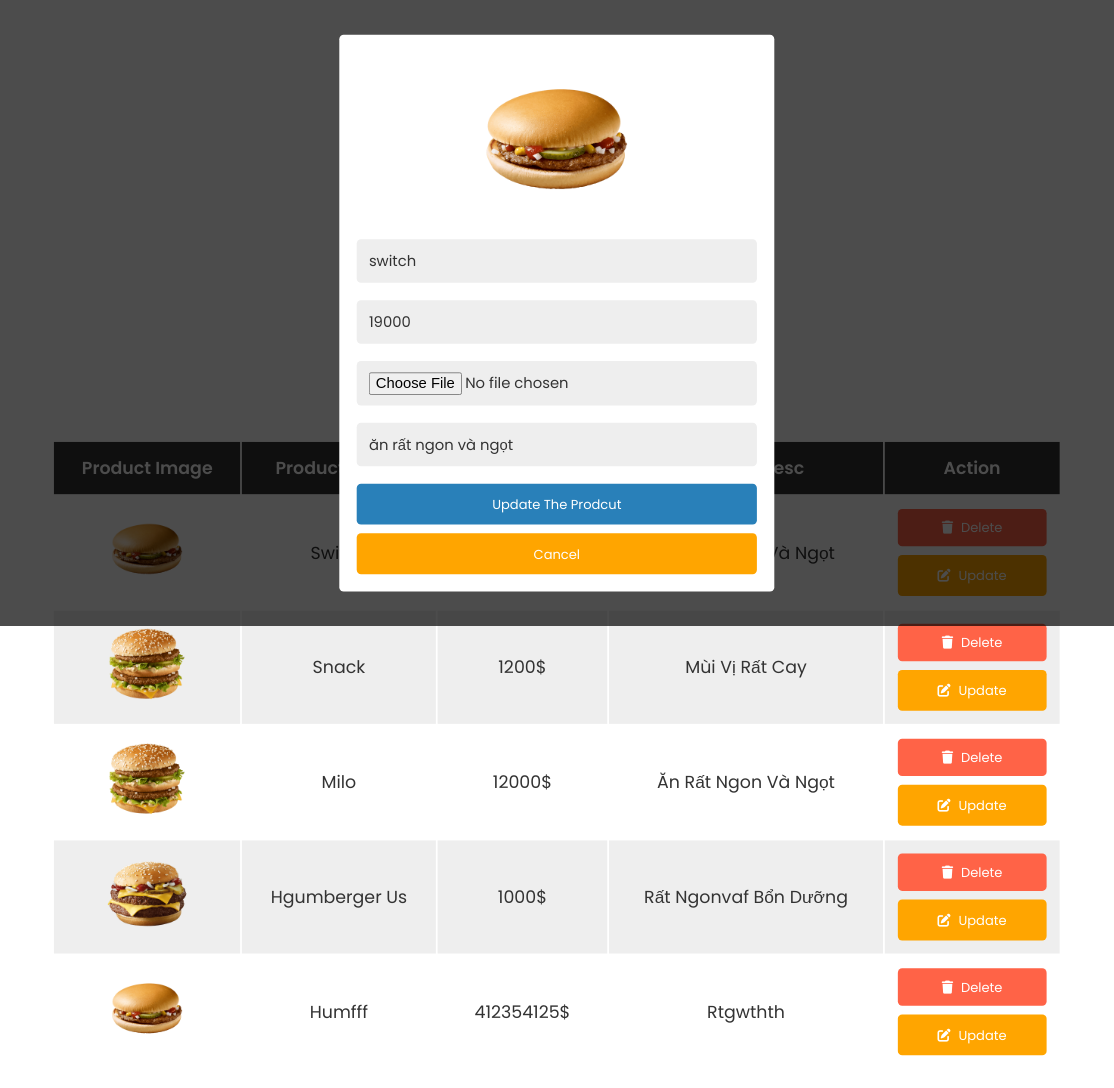
Repository: yennobita/FPT-PHP1
Page: http://localhost/admin.php?edit=22
An editor plug-in stored every save of this project. The page is shown before and after the next save, followed by the edit.
The browser window is 1280 px wide. The pictures show the whole page, at 87% of full size.
The page is run by PHP 8.4 with error messages shown; the project is at /var/www/html/. The database holds what the project's SQL file puts in it.

Above is the page before, as saved 2022-08-07 22:39:03.
Console error: TypeError: Cannot set properties of null (setting 'onclick')

### ASM_PHP1/admin.php
<?php

@include 'config.php';

if(isset($_POST['add_product'])){
   $p_name = $_POST['p_name'];
   $p_price = $_POST['p_price'];
   $p_image = $_FILES['p_image']['name'];
   $p_desc = $_POST['p_desc'];
   $p_image_tmp_name = $_FILES['p_image']['tmp_name'];
   $p_image_folder = 'uploaded_img/'.$p_image;

   $insert_query = mysqli_query($conn, "INSERT INTO `products`(product_name, product_price, product_image, product_desc) VALUES('$p_name', '$p_price', '$p_image', '$p_desc')") or die('query failed');

   if($insert_query){
      move_uploaded_file($p_image_tmp_name, $p_image_folder);
      $message[] = 'product add succesfully';
   }else{
      $message[] = 'could not add the product';
   }
};

if(isset($_GET['delete'])){
   $delete_id = $_GET['delete'];
   $delete_query = mysqli_query($conn, "DELETE FROM `products` WHERE id = $delete_id ") or die('query failed');
   if($delete_query){
      header('location:admin.php');
      $message[] = 'product has been deleted';
   }else{
      header('location:admin.php');
      $message[] = 'product could not be deleted';
   };
};

if(isset($_POST['update_product'])){
   $update_p_id = $_POST['update_p_id'];
   $update_p_name = $_POST['update_p_name'];
   $update_p_price = $_POST['update_p_price'];
   $update_p_desc = $_POST['update_p_desc'];
   $update_p_image = $_FILES['update_p_image']['name'];
   $update_p_image_tmp_name = $_FILES['update_p_image']['tmp_name'];
   $update_p_image_folder = 'uploaded_img/'.$update_p_image;

   $update_query = mysqli_query($conn, "UPDATE `products` SET product_name = '$update_p_name', product_price = '$update_p_price', product_image = '$update_p_image', product_desc = '$update_p_desc' WHERE id = '$update_p_id'");

   if($update_query){
      move_uploaded_file($update_p_image_tmp_name, $update_p_image_folder);
      $message[] = 'product updated succesfully';
      header('location:admin.php');
   }else{
      $message[] = 'product could not be updated';
      header('location:admin.php');
   }

}

?>

<!DOCTYPE html>
<html lang="en">
<head>
   <meta charset="UTF-8">
   <meta http-equiv="X-UA-Compatible" content="IE=edge">
   <meta name="viewport" content="width=device-width, initial-scale=1.0">
   <title>admin panel</title>

   <!-- font awesome cdn link  -->
   <link rel="stylesheet" href="https://cdnjs.cloudflare.com/ajax/libs/font-awesome/6.0.0/css/all.min.css">

   <!-- custom css file link  -->
   <link rel="stylesheet" href="css/style1.css">

</head>
<body>

<?php

if(isset($message)){
   foreach($message as $message){
      echo '<div class="message"><span>'.$message.'</span> <i class="fas fa-times" onclick="this.parentElement.style.display = `none`;"></i> </div>';
   };
};

?>



<div class="container">

<section>

<form action="" method="post" class="add-product-form" enctype="multipart/form-data">
   <h3>add a new product</h3>
   <input type="text" name="p_name" placeholder="enter the product name" class="box" required>
   <input type="number" name="p_price" min="0" placeholder="enter the product price" class="box" required>
   <input type="file" name="p_image" accept="image/png, image/jpg, image/jpeg" class="box" required>
   <input type="text" name="p_desc" placeholder="enter the product desc" class="box" require>
   <input type="submit" value="add the product" name="add_product" class="btn">
</form>

</section>

<section class="display-product-table">

   <table>

      <thead>
         <th>product image</th>
         <th>product name</th>
         <th>product price</th>
         <th>product desc</th>
         <th>action</th>
      </thead>

      <tbody>
         <?php

            $select_products = mysqli_query($conn, "SELECT * FROM `products`");
            if(mysqli_num_rows($select_products) > 0){
               while($row = mysqli_fetch_assoc($select_products)){
         ?>

         <tr>
            <td><img src="uploaded_img/<?php echo $row['product_image']; ?>" height="100" alt=""></td>
            <td><?php echo $row['product_name']; ?></td>
            <td><?php echo $row['product_price']; ?>$</td>
            <td><?php echo $row['product_desc']; ?></td>
            <td>
               <a href="admin.php?delete=<?php echo $row['id']; ?>" class="delete-btn" onclick="return confirm('are your sure you want to delete this?');"> <i class="fas fa-trash"></i> delete </a>
               <a href="admin.php?edit=<?php echo $row['id']; ?>" class="option-btn"> <i class="fas fa-edit"></i> update </a>
            </td>
         </tr>

         <?php
            };
            }else{
               echo "<div class='empty'>no product added</div>";
            };
         ?>
      </tbody>
   </table>

</section>

<section class="edit-form-container">

   <?php

   if(isset($_GET['edit'])){
      $edit_id = $_GET['edit'];
      $edit_query = mysqli_query($conn, "SELECT * FROM `products` WHERE id = $edit_id");
      if(mysqli_num_rows($edit_query) > 0){
         while($fetch_edit = mysqli_fetch_assoc($edit_query)){
   ?>

   <form action="" method="post" enctype="multipart/form-data">
      <img src="uploaded_img/<?php echo $fetch_edit['product_image']; ?>" height="200" alt="">
      <input type="hidden" name="update_p_id" value="<?php echo $fetch_edit['id']; ?>">
      <input type="text" class="box" required name="update_p_name" value="<?php echo $fetch_edit['product_name']; ?>">
      <input type="number" min="0" class="box" required name="update_p_price" value="<?php echo $fetch_edit['product_price']; ?>">
      <input type="file" class="box" required name="update_p_image" accept="image/png, image/jpg, image/jpeg">
      <input type="text" class="box" required name="update_p_desc" value="<?php echo $fetch_edit['product_desc']; ?>">
      <input type="submit" value="update the prodcut" name="update_product" class="btn">
      <input type="reset" value="cancel" id="close-edit" class="option-btn">
   </form>

   <?php
            };
         };
         echo "<script>document.querySelector('.edit-form-container').style.display = 'flex';</script>";
      };
   ?>

</section>

</div>



<!-- custom js file link  -->
<script src="/Js/script.js"></script>

</body>
</html>

### ASM_PHP1/config.php
<?php

$conn = mysqli_connect('localhost', 'root', '', 'burger') or die('connection failed');;

?>

### ASM_PHP1/Css/style1.css
@import url("https://fonts.googleapis.com/css2?family=Poppins:wght@100;200;300;400;500;600&display=swap");

:root {
  --blue: #2980b9;
  --red: tomato;
  --green: #1b575f;
  --orange: orange;
  --black: #333;
  --white: #fff;
  --bg-color: #eee;
  --dark-bg: rgba(0, 0, 0, 0.7);
  --box-shadow: 0 0.5rem 1rem rgba(0, 0, 0, 0.1);
  --border: 0.1rem solid #999;
}

* {
  font-family: "Poppins", sans-serif;
  margin: 0;
  padding: 0;
  box-sizing: border-box;
  outline: none;
  border: none;
  text-decoration: none;
  text-transform: capitalize;
}

html {
  font-size: 62.5%;
  overflow-x: hidden;
}

.container {
  max-width: 1200px;
  margin: 0 auto;
  /* padding-bottom: 5rem; */
}

section {
  padding: 2rem;
}

.heading {
  text-align: center;
  font-size: 3rem;
  text-transform: uppercase;
  color: var(--black);
  margin-bottom: 2rem;
}

.btn,
.option-btn,
.delete-btn {
  width: 100%;
  display: block;
  text-align: center;
  background-color: var(--blue);
  color: var(--white);
  font-size: 1.5rem;
  padding: 1.2rem 3rem;
  border-radius: 0.5rem;
  cursor: pointer;
  margin-top: 1rem;
}

.btn:hover,
.option-btn:hover,
.delete-btn:hover {
  background-color: var(--green);
}

.option-btn i,
.delete-btn i {
  padding-right: 0.5rem;
}

.option-btn {
  background-color: var(--orange);
}

.delete-btn {
  padding: 10px;
  margin-top: 0;
  background-color: var(--red);
}

.message {
  background-color: var(--blue);
  position: sticky;
  top: 0;
  left: 0;
  z-index: 10000;
  border-radius: 0.5rem;
  background-color: var(--white);
  padding: 1.5rem 2rem;
  margin: 0 auto;
  max-width: 1200px;
  display: flex;
  align-items: center;
  justify-content: space-between;
  gap: 1.5rem;
}

.message span {
  font-size: 2rem;
  color: var(--black);
}

.message i {
  font-size: 2.5rem;
  color: var(--black);
  cursor: pointer;
}

.message i:hover {
  color: var(--red);
}

.header {
  background-color: var(--blue);
  position: sticky;
  top: 0;
  left: 0;
  z-index: 1000;
}

.header .flex {
  display: flex;
  align-items: center;
  padding: 1.5rem 2rem;
  max-width: 1200px;
  margin: 0 auto;
}

.header .flex .logo {
  margin-right: auto;
  font-size: 2.5rem;
  color: var(--white);
}

.header .flex .navbar a {
  margin-left: 2rem;
  font-size: 2rem;
  color: var(--white);
}

.header .flex .navbar a:hover {
  color: yellow;
}

.header .flex .cart {
  margin-left: 2rem;
  font-size: 2rem;
  color: var(--white);
}

.header .flex .cart:hover {
  color: yellow;
}

.header .flex .cart span {
  padding: 0.1rem 0.5rem;
  border-radius: 0.5rem;
  background-color: var(--white);
  color: var(--blue);
  font-size: 2rem;
}

#menu-btn {
  margin-left: 2rem;
  font-size: 3rem;
  cursor: pointer;
  color: var(--white);
  display: none;
}

.add-product-form {
  max-width: 50rem;
  background-color: var(--bg-color);
  border-radius: 0.5rem;
  padding: 2rem;
  margin: 0 auto;
  margin-top: 2rem;
}

.add-product-form h3 {
  font-size: 2.5rem;
  margin-bottom: 1rem;
  color: var(--black);
  text-transform: uppercase;
  text-align: center;
}

.add-product-form .box {
  text-transform: none;
  padding: 1.2rem 1.4rem;
  font-size: 1.7rem;
  color: var(--black);
  border-radius: 0.5rem;
  background-color: var(--white);
  margin: 1rem 0;
  width: 100%;
}

.display-product-table table {
  width: 100%;
  text-align: center;
}

.display-product-table table thead th {
  padding: 1.5rem;
  font-size: 2rem;
  background-color: var(--black);
  color: var(--white);
}

.display-product-table table td {
  padding: 1.5rem;
  font-size: 2rem;
  color: var(--black);
}

.display-product-table table td:first-child {
  padding: 0;
}

.display-product-table table tr:nth-child(even) {
  background-color: var(--bg-color);
}

.display-product-table .empty {
  margin-bottom: 2rem;
  text-align: center;
  background-color: var(--bg-color);
  color: var(--black);
  font-size: 2rem;
  padding: 1.5rem;
}

.edit-form-container {
  position: fixed;
  top: 0;
  left: 0;
  z-index: 1100;
  background-color: var(--dark-bg);
  padding: 2rem;
  display: none;
  align-items: center;
  justify-content: center;
  min-height: 100vh;
  width: 100%;
}

.edit-form-container form {
  width: 50rem;
  border-radius: 0.5rem;
  background-color: var(--white);
  text-align: center;
  padding: 2rem;
}

.edit-form-container form .box {
  width: 100%;
  background-color: var(--bg-color);
  border-radius: 0.5rem;
  margin: 1rem 0;
  font-size: 1.7rem;
  color: var(--black);
  padding: 1.2rem 1.4rem;
  text-transform: none;
}

.products .box-container {
  display: grid;
  grid-template-columns: repeat(auto-fit, 35rem);
  gap: 1.5rem;
  justify-content: center;
}

.products .box-container .box {
  text-align: center;
  padding: 2rem;
  box-shadow: var(--box-shadow);
  border: var(--border);
  border-radius: 0.5rem;
}

.products .box-container .box img {
  height: 25rem;
}

.products .box-container .box h3 {
  margin: 1rem 0;
  font-size: 2.5rem;
  color: var(--black);
}

.products .box-container .box .price {
  font-size: 2.5rem;
  color: var(--black);
}

.shopping-cart table {
  text-align: center;
  width: 100%;
}

.shopping-cart table thead th {
  padding: 1rem;
  font-size: 1.5rem;
  color: var(--white);
  background-color: var(--green);
}

.shopping-cart table tr td {
  border-bottom: var(--border);
  padding: 1.5rem;
  font-size: 1.5rem;
  color: var(--black);
}

.shopping-cart table input[type="number"] {
  border: var(--border);
  padding: 0.5rem 2rem;
  font-size: 1.5rem;
  color: var(--black);
  width: 8rem;
}

.shopping-cart table input[type="submit"] {
  padding: 0.5rem 1.5rem;
  margin-left: 10px;
  cursor: pointer;
  font-size: 1.5rem;
  background-color: var(--orange);
  color: var(--white);
  border-radius: 0.5rem;
}

.shopping-cart table input[type="submit"]:hover {
  background-color: var(--green);
}

.shopping-cart table .table-bottom {
  background-color: var(--bg-color);
}

.shopping-cart .checkout-btn {
  text-align: center;
  margin-top: 1rem;
}

.shopping-cart .checkout-btn a {
  display: inline-block;
  width: auto;
}

.shopping-cart .checkout-btn a.disabled {
  pointer-events: none;
  opacity: 0.5;
  user-select: none;
  background-color: var(--red);
}

.checkout-form form {
  padding: 2rem;
  border-radius: 0.5rem;
  background-color: var(--bg-color);
}

.checkout-form form .flex {
  flex-wrap: wrap;
  gap: 1.5rem;
}

.checkout-form form .flex .inputBox {
  flex: 1 1 40rem;
}

.checkout-form form .flex .inputBox span {
  font-size: 1.5rem;
  color: var(--black);
}

.checkout-form form .flex .inputBox input,
.checkout-form form .flex .inputBox select {
  width: 100%;
  background-color: var(--white);
  font-size: 1.2rem;
  color: var(--black);
  border-radius: 0.5rem;
  margin: 1rem 0;
  padding: 1.2rem 1.4rem;
  text-transform: none;
  border: var(--border);
}
.checkout-form form .flex .inputBox textarea {
  width: 100%;
  padding: 2rem 2rem;
  border-radius: 0.5rem;
  margin: 1rem 0;
}
.checkout-form form .flex .inputbx {
  background-color: var(--white);
  font-size: 1.5rem;
  color: var(--black);
  border-radius: 0.5rem;
  margin: 1rem 0;
  padding: 0.5rem 2rem;
  text-transform: none;
}
.checkout-form form .flex .contry {
  font-size: 1.2rem;
  color: var(--black);
  border-radius: 0.5rem;
  margin: 1rem 5rem 1rem 0;
  padding: 1rem 1.4rem;
  text-transform: none;
  border: var(--border);
}
.checkout-form form .flex .inputbx input {
  font-size: 1.2rem;
  color: var(--black);
  border-radius: 0.5rem;
  padding: 1rem 1.4rem;
  text-transform: none;
  border: var(--border);
  width: 43%;
}
.display-order {
  max-width: 50rem;
  background-color: var(--white);
  border-radius: 0.5rem;
  text-align: center;
  padding: 1.5rem;
  margin: 0 auto;
  margin-bottom: 2rem;
  box-shadow: var(--box-shadow);
  border: var(--border);
}

.display-order span {
  display: inline-block;
  border-radius: 0.5rem;
  background-color: var(--bg-color);
  padding: 0.5rem 1.5rem;
  font-size: 2rem;
  color: var(--black);
  margin: 0.5rem;
}

.display-order span.grand-total {
  width: 100%;
  background-color: var(--red);
  color: var(--white);
  padding: 1rem;
  margin-top: 1rem;
}

.container-ms {
  position: fixed;
  top: 0;
  left: 0;
  height: 100vh;
  overflow-y: scroll;
  overflow-x: hidden;
  padding: 2rem;
  display: flex;
  align-items: center;
  justify-content: center;
  z-index: 1100;
  background-color: var(--dark-bg);
  width: 100%;
}

.container-ms::-webkit-scrollbar {
  width: 1rem;
}

.container-ms::-webkit-scrollbar-track {
  background-color: var(--dark-bg);
}

.container-ms::-webkit-scrollbar-thumb {
  background-color: var(--blue);
}

.container-ms .table {
  width: 50rem;
  background-color: var(--white);
  border-radius: 0.5rem;
  padding: 2rem;
  text-align: center;
}

.container-ms .message-container h3 {
  font-size: 2.5rem;
  color: var(--black);
}

.container-ms .message-container .order-detail {
  background-color: var(--bg-color);
  border-radius: 0.5rem;
  padding: 1rem;
  margin: 1rem 0;
}

.container-ms .message-container .order-detail span {
  background-color: var(--white);
  border-radius: 0.5rem;
  color: var(--black);
  font-size: 2rem;
  display: inline-block;
  padding: 1rem 1.5rem;
  margin: 1rem;
}

.container-ms .message-container .order-detail span.total {
  display: block;
  background: var(--red);
  color: var(--white);
}

.container-ms .message-container .customer-details {
  margin: 1.5rem 0;
}

.container-ms .message-container .customer-details p {
  padding: 1rem 0;
  font-size: 2rem;
  color: var(--black);
}

.container-ms .message-container .customer-details p span {
  color: var(--blue);
  padding: 0 0.5rem;
  text-transform: none;
}

/* media queries  */

@media (max-width: 1200px) {
  .shopping-cart {
    overflow-x: scroll;
  }

  .shopping-cart table {
    width: 120rem;
  }

  .shopping-cart .heading {
    text-align: left;
  }

  .shopping-cart .checkout-btn {
    text-align: left;
  }
}

@media (max-width: 991px) {
  html {
    font-size: 55%;
  }
}

@media (max-width: 768px) {
  #menu-btn {
    display: inline-block;
    transition: 0.2s linear;
  }

  #menu-btn.fa-times {
    transform: rotate(180deg);
  }

  .header .flex .navbar {
    position: absolute;
    top: 99%;
    left: 0;
    right: 0;
    background-color: var(--blue);
    clip-path: polygon(0 0, 100% 0, 100% 0, 0 0);
    transition: 0.2s linear;
  }

  .header .flex .navbar.active {
    clip-path: polygon(0 0, 100% 0, 100% 100%, 0% 100%);
  }

  .header .flex .navbar a {
    margin: 2rem;
    display: block;
    text-align: center;
    font-size: 2.5rem;
  }

  .display-product-table {
    overflow-x: scroll;
  }

  .display-product-table table {
    width: 90rem;
  }
}

@media (max-width: 450px) {
  html {
    font-size: 50%;
  }

  .heading {
    font-size: 3rem;
  }

  .products .box-container {
    grid-template-columns: 1fr;
  }
}

### ASM_PHP1/Js/script.js
let menu = document.querySelector("#menu-btn");
let navbar = document.querySelector(".header .navbar");

menu.onclick = () => {
  menu.classList.toggle("fa-times");
  navbar.classList.toggle("active");
};

window.onscroll = () => {
  menu.classList.remove("fa-times");
  navbar.classList.remove("active");
};

document.querySelector("#close-edit").onclick = () => {
  document.querySelector(".edit-form-container").style.display = "none";
  window.location.href = "admin.php";
};

### ASM_PHP1/burger.sql (the tables this page reads)
CREATE TABLE `products` (
  `id` int(20) NOT NULL,
  `product_name` varchar(255) NOT NULL,
  `product_image` varchar(255) NOT NULL,
  `product_price` decimal(20,0) NOT NULL,
  `product_desc` varchar(255) NOT NULL
) ENGINE=InnoDB DEFAULT CHARSET=utf8mb4;

INSERT INTO `products` (`id`, `product_name`, `product_image`, `product_price`, `product_desc`) VALUES
(22, 'switch', 'product-6.png', '19000', 'ăn rất ngon và ngọt'),
(23, 'snack', 'product-4.png', '1200', 'mùi vị rất cay'),
(24, 'milo', 'product-4.png', '12000', 'ăn rất ngon và ngọt'),
(25, 'hgumberger us', 'product-1.png', '1000', 'rất ngonvaf bổn dưỡng'),
(26, 'humfff', 'product-6.png', '412354125', 'rtgwthth');

ALTER TABLE `products`
  ADD PRIMARY KEY (`id`);

ALTER TABLE `products`
  MODIFY `id` int(20) NOT NULL AUTO_INCREMENT, AUTO_INCREMENT=27;

After the next save:
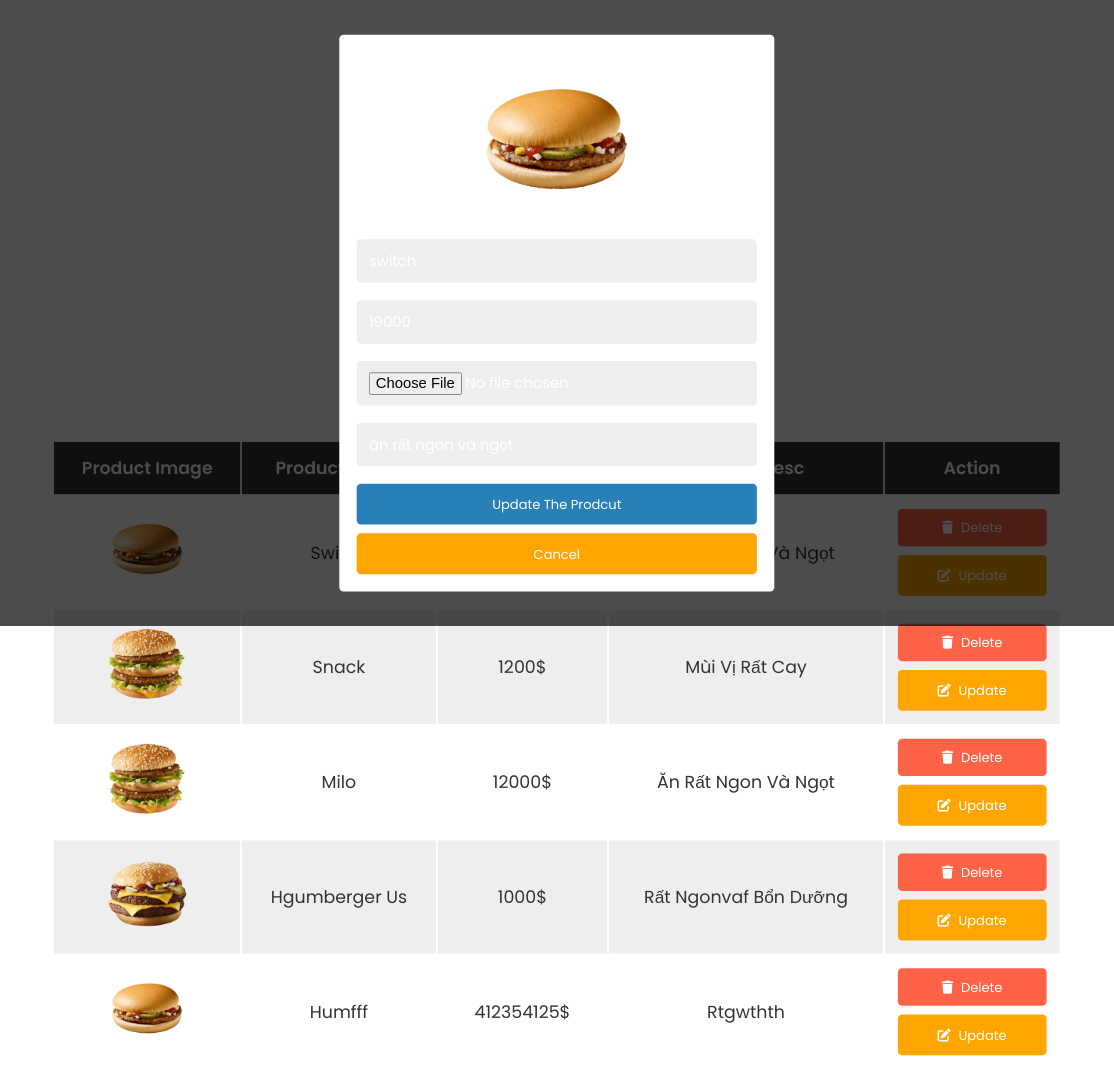
Saved 35 h 59 min later.
--- a/ASM_PHP1/Css/style1.css
+++ b/ASM_PHP1/Css/style1.css
@@ -264,7 +264,7 @@
   border-radius: 0.5rem;
   margin: 1rem 0;
   font-size: 1.7rem;
-  color: var(--black);
+  color: #fff;
   padding: 1.2rem 1.4rem;
   text-transform: none;
 }

After the save that followed:
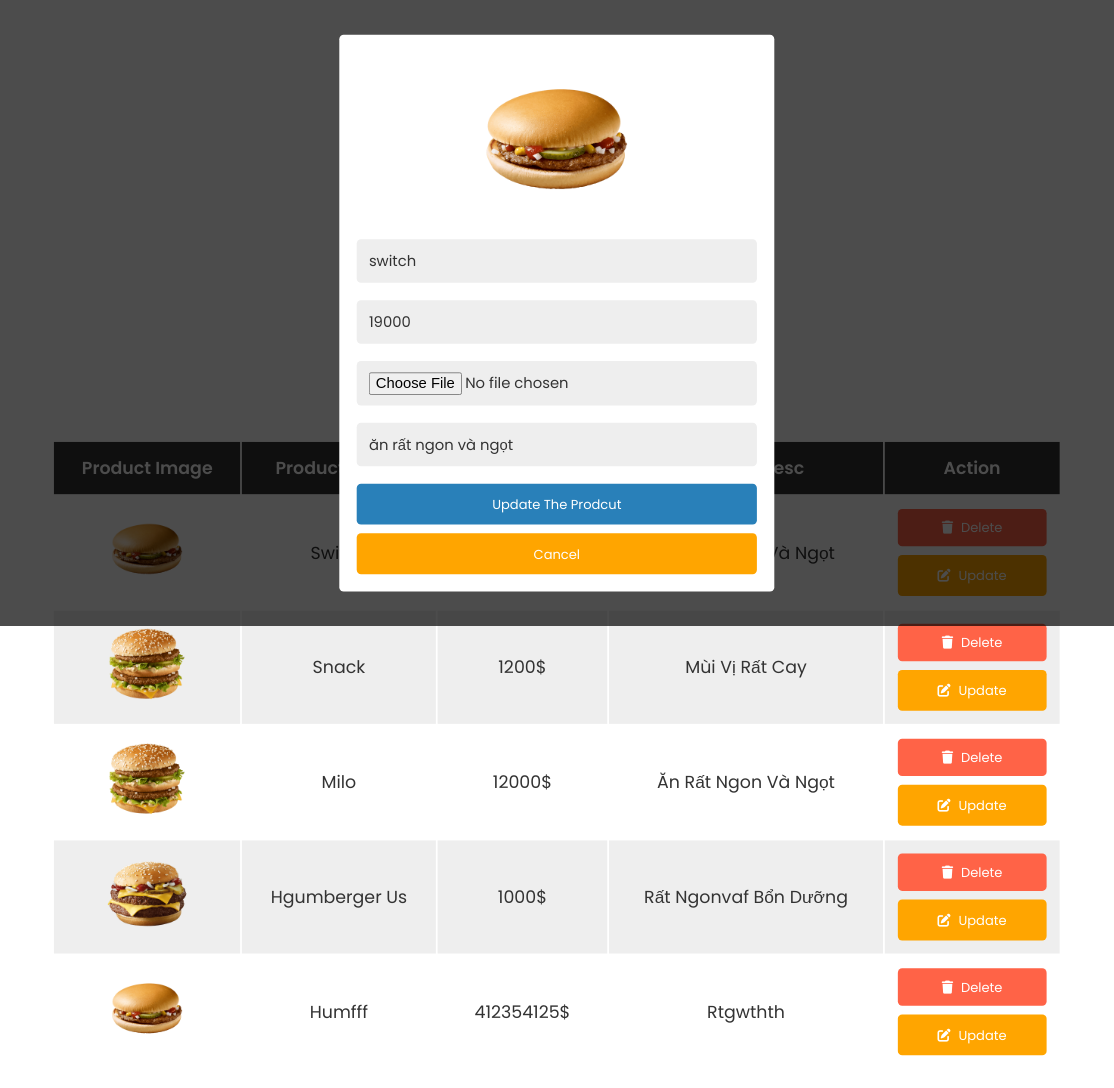
Saved 18 s later.
--- a/ASM_PHP1/Css/style1.css
+++ b/ASM_PHP1/Css/style1.css
@@ -264,7 +264,7 @@
   border-radius: 0.5rem;
   margin: 1rem 0;
   font-size: 1.7rem;
-  color: #fff;
+  color: var(--black);
   padding: 1.2rem 1.4rem;
   text-transform: none;
 }
